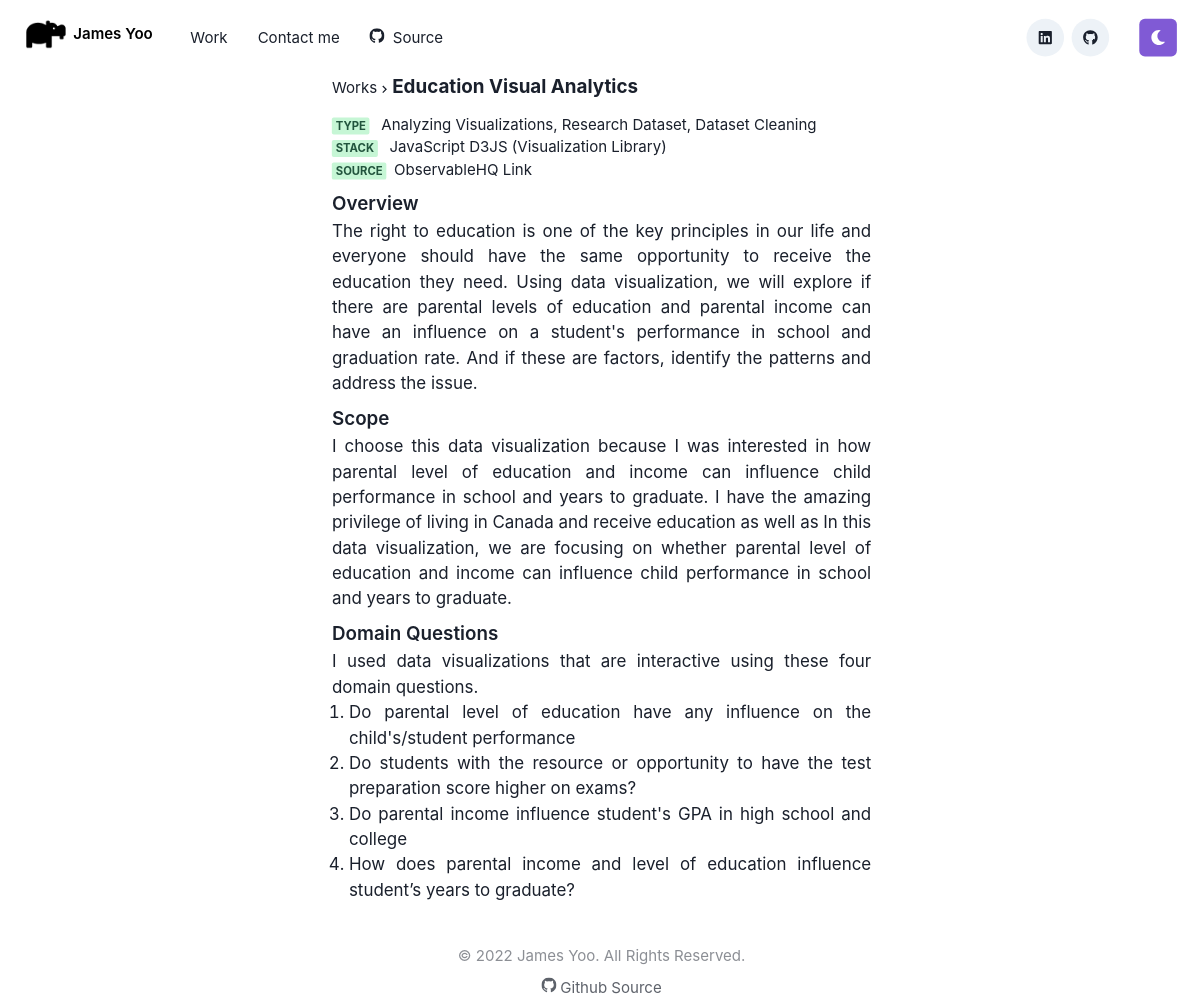
Repository: jammy729/portfolio-2022
Page: /work/educationvisualanalytics
The author's editor kept a copy of each file at every save. The page is drawn from the files as they stood at one save, then again after a run of saves.
The browser window is 1280 px wide. The pictures show the whole page, at 94% of full size.
The project was rebuilt for these pictures with package versions that can differ from the ones it lists, and the page was loaded fresh each time. Also part of the build but not shown: src/components/home.js, src/components/contact.js, src/components/layouts/layout.js, src/components/work/work.js, src/components/work/Development/WorldInstitutionDatabase/worldinstitutiondatabase.js, src/components/work/Development/GeoMemories/geomemories.js, src/components/work/Design/ExperienceDesign/experiencedesign.js, src/components/work/Development/PersonalPortfolio/personalportfolio.js. Imported but missing from the stored project, and not drawn on this page: src/components/work/Design/FinestCup/finestcup, src/components/work/Development/WorldInstitutionDatabase/universityDatabase.mp4.

Above is the page before, as saved 2022-06-28 15:16:48.

### public/index.html
<!DOCTYPE html>
<html lang="en">
  <head>
    <meta charset="utf-8" />
    <meta name="viewport" content="width=device-width, initial-scale=1" />

    <link rel="shortcut icon" href="%PUBLIC_URL%/hippo.png" />
    <link rel="manifest" href="%PUBLIC_URL%/manifest.json" />

    <title>James Yoo</title>
  </head>
  <body>
    <div id="root"></div>
  </body>
</html>

### src/index.js
import React from 'react'
import ReactDOM from 'react-dom/client'
import './index.css'
import App from './components/App'
import { ChakraProvider, ColorModeScript } from '@chakra-ui/react'

const root = ReactDOM.createRoot(document.getElementById('root'))
root.render(
  <React.StrictMode>
    <ChakraProvider>
      <ColorModeScript initialColorMode='light' />
      <App />
    </ChakraProvider>
  </React.StrictMode>
)

### src/index.css
html, body {
    height: 100%;
  }

### src/components/App.js
import React from 'react'
import Navbar from './navbar'
import { BrowserRouter as Router, Routes, Route } from 'react-router-dom'
import Home from './home'
import Contact from './contact'
import Work from './work/work'
import Footer from './footer'

import UniversityDatabase from './work/Development/WorldInstitutionDatabase/worldinstitutiondatabase'
import GeoMemories from './work/Development/GeoMemories/geomemories'
import FinestCup from './work/Design/FinestCup/finestcup'
import ExperienceDesign from './work/Design/ExperienceDesign/experiencedesign'
import EducationVisualAnalytic from './work/Development/EducationVisualAnalytics/educationvisualanalytics'
import PersonalPortfolio from './work/Development/PersonalPortfolio/personalportfolio'

const App = () => {
  return (
    <Router>
      <Navbar />
      <Routes>
        <Route exact path='/' element={<Home />} />

        <Route exact path='/work' element={<Work />} />
        <Route
          exact
          path='/work/worldinstitutiondatabase'
          element={<UniversityDatabase />}
        />
        <Route exact path='/work/geomemories' element={<GeoMemories />} />
        <Route
          exact
          path='/work/educationvisualanalytics'
          element={<EducationVisualAnalytic />}
        />
        <Route
          exact
          path='/work/personalportfolio'
          element={<PersonalPortfolio />}
        />

        <Route exact path='/work/finestcup' element={<FinestCup />} />
        <Route
          exact
          path='/work/experiencedesign'
          element={<ExperienceDesign />}
        />
        <Route exact path='/contact' element={<Contact />} />
      </Routes>
      <Footer />
    </Router>
  )
}

export default App

### src/components/navbar.js
import { Link } from 'react-router-dom'
import { IconButton } from '@chakra-ui/button'
import { useColorMode } from '@chakra-ui/color-mode'
import { HamburgerIcon } from '@chakra-ui/icons'
import { GoMarkGithub } from 'react-icons/go'
import {
  Flex,
  Stack,
  HStack,
  Spacer,
  MenuItem,
  MenuButton,
  Menu,
  MenuList,
  Box,
  MenuGroup,
  Text,
  Icon
} from '@chakra-ui/react'
import { FaSun, FaMoon, FaGithub, FaLinkedin } from 'react-icons/fa'

import Logo from './logo'
const Navbar = () => {
  const { colorMode, toggleColorMode } = useColorMode()
  const isDark = colorMode === 'dark'
  return (
    <Stack direction={'row'} p={5}>
      <Flex w='full' mx={2}>
        <Logo />

        <HStack
          ml={7}
          justifyContent='center'
          display={{ base: 'none', lg: 'flex' }}
        >
          <Menu>
            <Box px={3}>
              <Link to='./work'>
                <Text>Work</Text>
              </Link>
            </Box>
            <Box px={3}>
              <Link to='/contact'>Contact me</Link>
            </Box>
            <Box px={3} alignItems='center' display='inline-flex'>
              <a
                href='https://github.com/jammy729/portfolio-2022'
                target='blank'
              >
                <Icon as={GoMarkGithub} mr={1} /> Source
              </a>
            </Box>
          </Menu>
        </HStack>

        <Spacer />

        <Box flex={3} align='right' fontSize='md' fontWeight='semibold'>
          <Box flex={1} display={{ base: 'inline-block', lg: 'none' }}>
            <Menu isLazy id='navbar-menu'>
              <IconButton
                boxSize='3rem'
                mx={1}
                icon={isDark ? <FaSun /> : <FaMoon />}
                onClick={toggleColorMode}
                colorScheme={isDark ? 'orange' : 'purple'}
              />
              <MenuButton
                boxSize='3rem'
                as={IconButton}
                icon={<HamburgerIcon />}
                aria-label='Options'
                colorScheme={isDark ? 'blue' : 'blackAlpha'}
              />
              <MenuList w={['80vw', '50vw']}>
                <MenuGroup>
                  <MenuItem pl={5}>
                    <Link to='./work'>Work</Link>
                  </MenuItem>
                  <MenuItem pl={5}>
                    <Link to='./contact'>Contact</Link>
                  </MenuItem>
                  <MenuItem pl={5}>
                    <a
                      href='https://www.linkedin.com/in/james-yoo-b4a1231a5/'
                      target='blank'
                    >
                      <Icon as={FaLinkedin} mr={1} />
                      LinkedIn
                    </a>
                  </MenuItem>
                  <MenuItem pl={5}>
                    <a href='https://github.com/jammy729' target='blank'>
                      <Icon as={GoMarkGithub} mr={1} />
                      GitHub
                    </a>
                  </MenuItem>
                </MenuGroup>
              </MenuList>
            </Menu>
          </Box>
        </Box>

        <Box display={{ base: 'none', lg: 'flex' }}>
          <a
            href='https://www.linkedin.com/in/james-yoo-b4a1231a5/'
            target='blank'
          >
            <IconButton
              icon={<FaLinkedin />}
              isRound='true'
              linkButton={true}
              mx={2}
            />
          </a>
          <a href='https://github.com/jammy729' target='blank'>
            <IconButton icon={<FaGithub />} isRound='true' linkButton={true} />
          </a>
          <IconButton
            ml={8}
            icon={isDark ? <FaSun /> : <FaMoon />}
            onClick={toggleColorMode}
            colorScheme={isDark ? 'orange' : 'purple'}
          />
        </Box>
      </Flex>
    </Stack>
  )
}

export default Navbar

### src/components/footer.js
import { Box, Icon, Text, Container, HStack } from '@chakra-ui/react'
import styled from '@emotion/styled'
import { GoMarkGithub } from 'react-icons/go'

const Bottom = styled.div`
  position: relative;
  width: 100%;
  text-align: center;
  padding-bottom: 10px;
`

const Footer = () => {
  return (
    <Box as='footer'  w="100%" position="absolute" justifyContent="space-between" mt='2rem'>
      <Container opacity={0.5}>
        <Bottom>
          &copy; {new Date().getFullYear()} James Yoo. All Rights Reserved.
        </Bottom>
      </Container>

      <HStack>
        <Bottom>
          <a
            href='https://github.com/jammy729/portfolio-2022'
            target='_blank'
            rel='noopener noreferrer'
          >
            <Text
              opacity={0.7}
              _hover={{
                opacity: '1'
              }}
            >
              <Icon as={GoMarkGithub} mr={1} />
              Github Source
            </Text>
          </a>
        </Bottom>
      </HStack>
    </Box>
  )
}

export default Footer

### src/components/work/Development/EducationVisualAnalytics/educationvisualanalytics.js
import React from 'react'
import { Title, WorkImage, Tag } from '../../../layouts/work-grid'
import { Box, Container, List, ListItem, OrderedList } from '@chakra-ui/react'
import { Writing, DescriptionText } from '../../layout'

const EducationVisualAnalytics = () => {
  return (
    <Box>
      <Container>
        <Title>Education Visual Analytics</Title>
        {/* BADGES  */}
        <List>
          <ListItem>
            <Tag> Type </Tag> Analyzing Visualizations, Research Dataset,
            Dataset Cleaning
          </ListItem>
          <ListItem>
            <Tag> Stack </Tag> JavaScript D3JS (Visualization Library)
          </ListItem>
          <ListItem>
            <Tag> Source </Tag>
            <a
              target='blank'
              href='https://observablehq.com/@jamesyoo/iat-355-final-project-spring-2021/2'
            >
              ObservableHQ Link
            </a>
          </ListItem>
        </List>

        {/* OVERVIEW   */}
        <Writing size='md' title='Overview' />
        <DescriptionText>
          The right to education is one of the key principles in our life and
          everyone should have the same opportunity to receive the education
          they need. Using data visualization, we will explore if there are
          parental levels of education and parental income can have an influence
          on a student's performance in school and graduation rate. And if these
          are factors, identify the patterns and address the issue.
        </DescriptionText>

        {/* SCOPE  */}
        <Writing size='md' title='Scope' />
        <DescriptionText>
          I choose this data visualization because I was interested in how
          parental level of education and income can influence child performance
          in school and years to graduate. I have the amazing privilege of
          living in Canada and receive education as well as

           In this data
          visualization, we are focusing on whether parental level of education
          and income can influence child performance in school and years to
          graduate.
        </DescriptionText>

        {/* DOMAIN QUESTIONS  */}
        <Writing size='md' title='Domain Questions' />
        <DescriptionText>
          I used data visualizations that are interactive using these four
          domain questions.
          <OrderedList>
            <ListItem>
              Do parental level of education have any influence on the
              child's/student performance
            </ListItem>
            <ListItem>
              Do students with the resource or opportunity to have the test
              preparation score higher on exams?
            </ListItem>
            <ListItem>
              Do parental income influence student's GPA in high school and
              college
            </ListItem>
            <ListItem>
              How does parental income and level of education influence
              student’s years to graduate?
            </ListItem>
          </OrderedList>
        </DescriptionText>
      </Container>
    </Box>
  )
}

export default EducationVisualAnalytics

/* <Center>
<Container>
  <Title>Education Visual Analytic</Title>
  <Text fontSize={isLargeScreen ? "lg" : "lg"} py={3}>
    Designed and implemented an interactive visualization for
    multidimensional data using Observable.{" "}
  </Text>
  <Text fontSize={isLargeScreen ? "lg" : "lg"} py={3}>
    Implemented two datasets to investigate and question the impact of
    parental levels of education and income on the student's performance
    in school and graduation rate.
  </Text>
  <List py={2}>
    <ListItem>
      <Tag>Type</Tag> Academic Project
    </ListItem>
    <ListItem>
      <Tag>Stack</Tag> JavaScript and D3JS (visualization library)
    </ListItem>
    <ListItem>
      <Tag>Website</Tag>{" "}
      <a href="https://observablehq.com/@jamesyoo/iat-355-final-project-spring-2021/2">
        https://observablehq.com/@jamesyoo/iat-355-final-project-spring-2021/2
      </a>
    </ListItem>
  </List>
</Container>
</Center> */

### src/components/logo.js
import React from 'react'
import { Box, Center, Image, Heading, Text } from '@chakra-ui/react'
import { Link } from 'react-router-dom'
import { useColorMode } from '@chakra-ui/color-mode'
import styled from '@emotion/styled'
import HippoImg from '../contents/hippo.png'
import HippoImgDark from '../contents/hippo-dark.png'
import { useMediaQuery } from '@chakra-ui/react'

const LogoBox = styled.span`
  display: inline-flex;
  align-items: center;

  &:hover img {
    transform: rotate(-10deg);
  }
`
const Logo = () => {
  const { colorMode } = useColorMode()
  const isDark = colorMode === 'dark'
  const [isLargeScreen] = useMediaQuery('(min-width:750px)')
  return (
    <Box>
      <Center>
        <LogoBox>
          <Image
            src={isDark ? HippoImgDark : HippoImg}
            w={{ base: '50px' }}
            pr={2}
          />
          <Heading
            justifyContent='center'
            size={isLargeScreen ? 'md' : 'md'}
            fontWeight='semibold'
            color={isDark ? 'white' : 'black'}
          >
            <Link to='/'>
              <Text fontSize='md'>James Yoo</Text>
            </Link>
          </Heading>
        </LogoBox>
      </Center>
    </Box>
  )
}

export default Logo

### src/components/layouts/work-grid.js
import React from 'react'
import { Link } from 'react-router-dom'
import {
  Box,
  LinkBox,
  LinkOverlay,
  Text,
  Image,
  Heading,
  Badge,
  Center
} from '@chakra-ui/react'
import { useMediaQuery } from '@chakra-ui/media-query'
import { ChevronRightIcon } from '@chakra-ui/icons'
import { useColorMode } from '@chakra-ui/color-mode'

export const WorkGrid = ({ children, id, title, thumbnail }) => {
  const [isLargeScreen] = useMediaQuery('(min-width:750px)')

  return (
    <Box maxW='100%' maxH='auto' pb={6} textAlign='center' position='relative'>
      <Link to={`/work/${id}`}>
        <LinkBox cursor='pointer'>
          <Image
            objectFit='cover'
            margin='auto'
            src={thumbnail}
            alt={title}
            placeholder='blur'
            w='100%'
            h={isLargeScreen ? '300px' : '270px'}
            borderRadius='lg'
            fallbackSrc='https://via.placeholder.com/150'
          />
          <LinkOverlay to={`/work/${id}`}>
            <Text mt={2} fontSize={20} fontWeight='semibold'>
              {title}
            </Text>
          </LinkOverlay>
          <Text fontSize={14} px={5}>
            {children}
          </Text>
        </LinkBox>
      </Link>
    </Box>
  )
}

export const Title = ({ children }) => (
  <Box>
    <Link to='/work'>Works</Link>
    <span>
      <ChevronRightIcon />
    </span>
    <Heading display='inline-block' as='h3' fontSize={20} mb={4}>
      {children}
    </Heading>
  </Box>
)

export const WorkImage = ({ src, alt, caption, w }) => {
  const { colorMode } = useColorMode()

  const isDark = colorMode === 'dark'
  return (
    <Box mb={3}>
      <Image borderRadius='2xl' w={w} src={src} alt={alt} mt={4} />
      <Center>
        <Text color={isDark ? 'gray.300' : 'gray.500'}>{caption}</Text>
      </Center>
    </Box>
  )
}

export const Tag = ({ children }) => (
  <Badge colorScheme='green' mr={2}>
    {children}
  </Badge>
)

### src/components/work/layout.js
import React from 'react'
import { Link } from 'react-router-dom'
import { useColorMode } from '@chakra-ui/color-mode'
import { useMediaQuery } from '@chakra-ui/media-query'

import {
  Center,
  Flex,
  Box,
  Text,
  Button,
  Stack,
  Heading,
  Image
} from '@chakra-ui/react'
import profile from '../work/Home/profile.JPG'
export const HeroSection = ({ name, role, work, contact, src }) => {
  const { colorMode } = useColorMode()
  const isDark = colorMode === 'dark'

  const [isLargeScreen] = useMediaQuery('(min-width:750px)')
  return (
    <Center>
      <Flex>
        <Box>
          <Center>
            <Image
              boxSize={isLargeScreen ? '300px' : '250px'}
              src={profile}
              objectFit='cover'
              borderRadius='lg'
            />
          </Center>

          <Text fontSize='3xl' fontWeight='semibold'>
            {name}
          </Text>
          <Text color={isDark ? 'gray.200' : 'black'} mb={4}>
            {role}
          </Text>
          <Stack direction={isLargeScreen ? 'row' : 'column'}>
            <Link to='./work'>
              <Button
                colorScheme='teal'
                cursor='pointer'
                variant='solid'
                w='100%'
              >
                {work}
              </Button>
            </Link>

            <Link to='./contact'>
              <Button
                colorScheme='teal'
                cursor='pointer'
                variant='outline'
                w='100%'
              >
                {contact}
              </Button>
            </Link>
          </Stack>
        </Box>
      </Flex>
    </Center>
  )
}

export const About = ({ title, bio }) => {
  const [isLargeScreen] = useMediaQuery('(min-width:750px)')

  return (
    <Center>
      <Box width={isLargeScreen ? '600px' : '80%'} margin='auto'>
        <Heading size={isLargeScreen ? 'md' : 'lg'} as='u'>
          {title}
        </Heading>
        <Text
          textAlign='justify'
          py='10px'
          fontSize={{ sm: 'lg', md: 'lg', lg: 'md' }}
        >
          {bio}
        </Text>
      </Box>
    </Center>
  )
}

export const Writings = ({ size, title, description }) => {
  return (
    <>
      <Heading size={size} mt={3} mb={1} fontWeight='semibold'>
        {title}
      </Heading>
      <Text mb={3} fontSize='lg' textAlign='justify'>
        {description}
      </Text>
    </>
  )
}

export const Writing = ({ size, title }) => {
  return (
    <>
      <Heading size={size} mt={3} mb={1} fontWeight='semibold'>
        {title}
      </Heading>
    </>
  )
}

export const DescriptionText = ({ children }) => {
  return (
    <>
      <Text mb={3} fontSize='lg' textAlign='justify'>
        {children}
      </Text>
    </>
  )
}

After the next 4 saves:
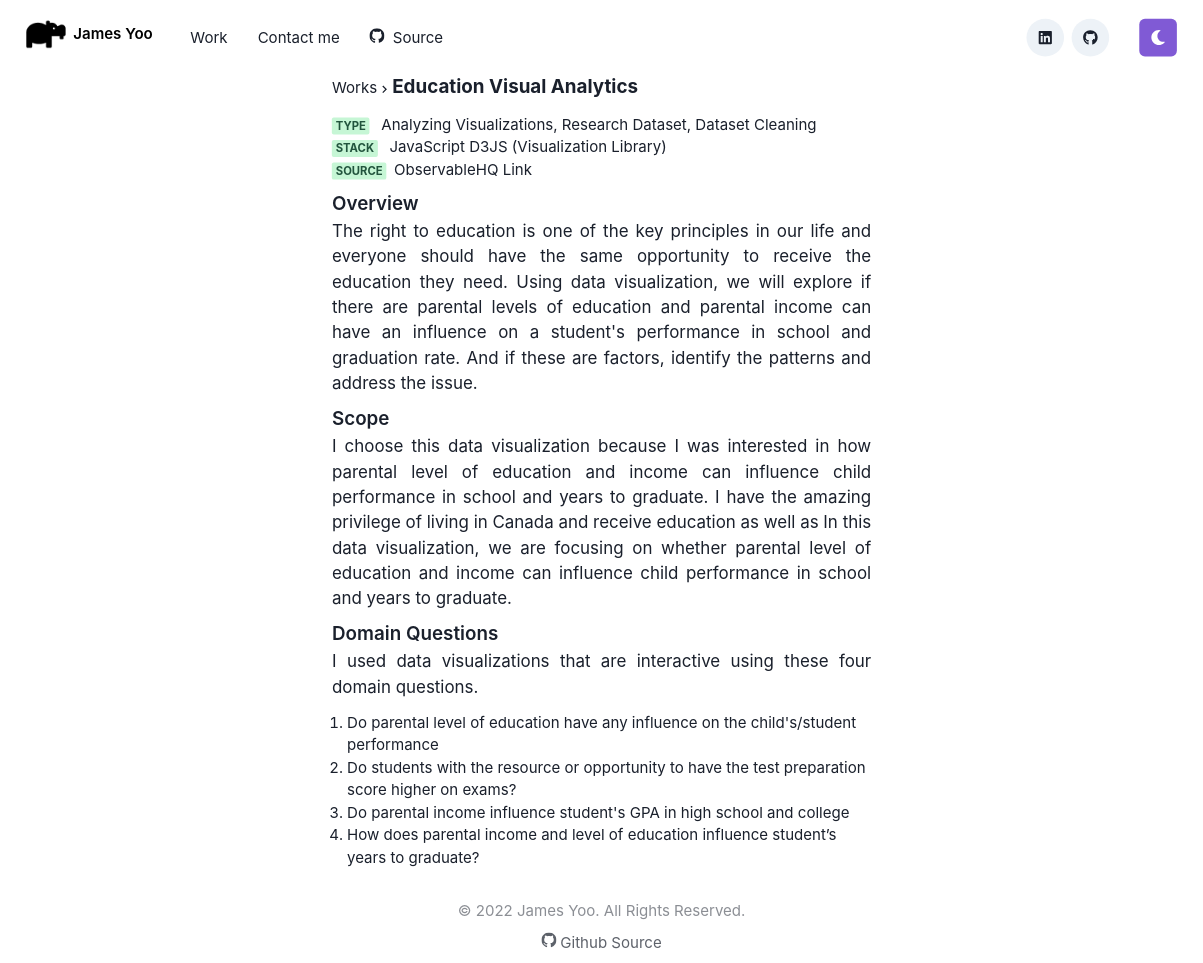
The 4 saves are shown as one change because they came seconds apart.
The last was saved 36 min 55 s later.
--- a/src/components/work/Development/EducationVisualAnalytics/educationvisualanalytics.js
+++ b/src/components/work/Development/EducationVisualAnalytics/educationvisualanalytics.js
@@ -45,9 +45,7 @@ const EducationVisualAnalytics = () => {
           I choose this data visualization because I was interested in how
           parental level of education and income can influence child performance
           in school and years to graduate. I have the amazing privilege of
-          living in Canada and receive education as well as
-
-           In this data
+          living in Canada and receive education as well as In this data
           visualization, we are focusing on whether parental level of education
           and income can influence child performance in school and years to
           graduate.
@@ -58,25 +56,25 @@ const EducationVisualAnalytics = () => {
         <DescriptionText>
           I used data visualizations that are interactive using these four
           domain questions.
-          <OrderedList>
-            <ListItem>
-              Do parental level of education have any influence on the
-              child's/student performance
-            </ListItem>
-            <ListItem>
-              Do students with the resource or opportunity to have the test
-              preparation score higher on exams?
-            </ListItem>
-            <ListItem>
-              Do parental income influence student's GPA in high school and
-              college
-            </ListItem>
-            <ListItem>
-              How does parental income and level of education influence
-              student’s years to graduate?
-            </ListItem>
-          </OrderedList>
         </DescriptionText>
+        <OrderedList>
+          <ListItem>
+            Do parental level of education have any influence on the
+            child's/student performance
+          </ListItem>
+          <ListItem>
+            Do students with the resource or opportunity to have the test
+            preparation score higher on exams?
+          </ListItem>
+          <ListItem>
+            Do parental income influence student's GPA in high school and
+            college
+          </ListItem>
+          <ListItem>
+            How does parental income and level of education influence student’s
+            years to graduate?
+          </ListItem>
+        </OrderedList>
       </Container>
     </Box>
   )
